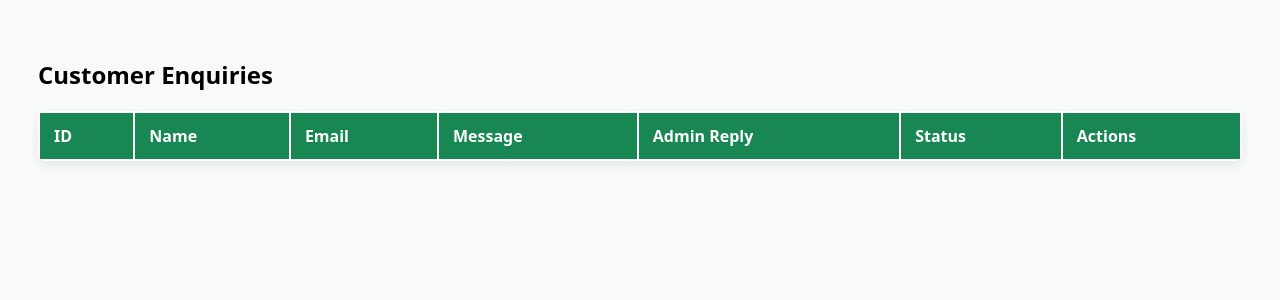
Repository: Kanika0004/CampusStore
Page: admin/enquiries.html
An editor plug-in stored every save of this project. The page is shown before and after the next save, followed by the edit.
The browser window is 1280 px wide. The pictures show the whole page.

Above is the page before, as saved 2026-03-18 21:33:32.
Console error (its wording comes from the project's code and is left out).

After the next save:
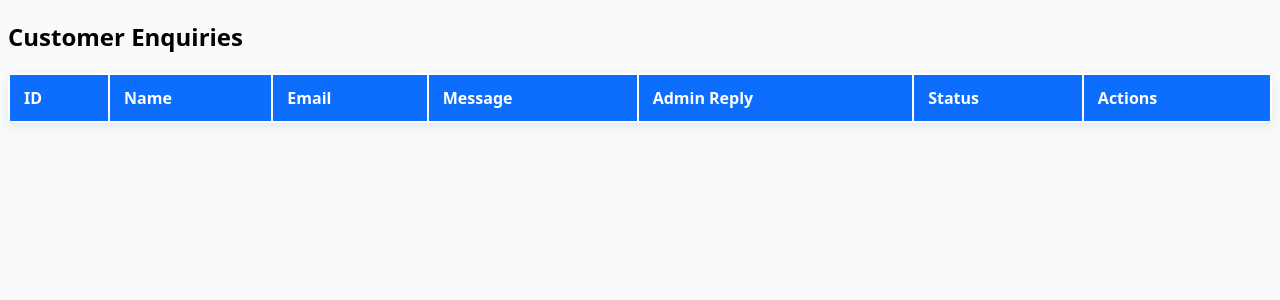
Saved 12 s later.
--- a/admin/enquiries.html
+++ b/admin/enquiries.html
@@ -4,7 +4,7 @@
 <title>Customer Enquiries</title>
 
 <link rel="stylesheet" href="css/styles.css">
-
+<!--
 <style>
 
 
@@ -55,7 +55,7 @@ button:hover{
 opacity:0.9;
 }
 
-</style>
+</style> -->
 
 </head>
 
